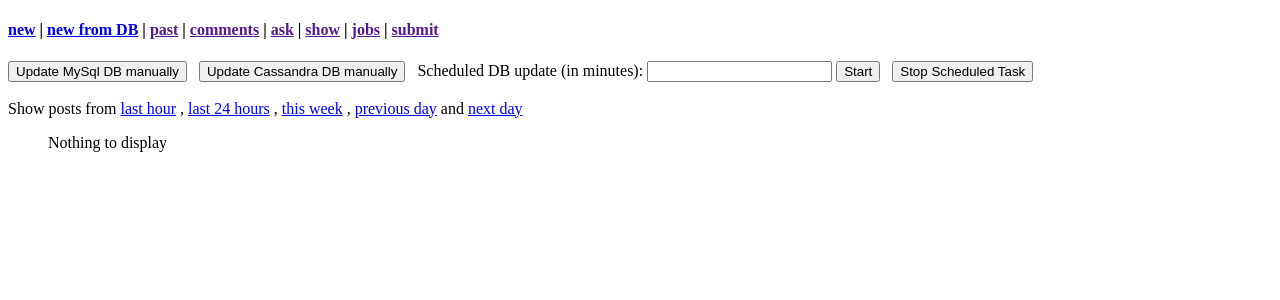
Repository: akshatmaheshwar/HackerNews-Clone
Page: http://localhost/HackerNews/dbnewest
These files come from the project's save history. The page is drawn as it stood at one moment and after the next save; the edit follows.
The browser window is 1280 px wide. The pictures show the whole page.
The page is served by Tomcat 10. Other server files are loaded and not shown. Queries for data that is not in the repository find no rows.

Above is the page before, as saved 2023-10-16 06:49:15.

### HackerNews/src/main/webapp/newest.jsp
<%@ page language="java" contentType="text/html; charset=ISO-8859-1"
    pageEncoding="ISO-8859-1"%>
    <%@ page import="java.util.ArrayList" %>
    <%@ page import="java.util.Iterator" %>
    <%@ page import="java.net.URI" %>
    <%@ page import="java.util.Calendar"%>
    <%@ page import="com.example.newest.Posts" %>
<!DOCTYPE html>
<html>
<head>
<meta charset="ISO-8859-1">
<title>Hacker News</title>
</head>
<body>
<%!
String timeDiff(Long timeStamp){
	long epoch = System.currentTimeMillis()/1000;
	long difference = epoch - timeStamp;
	if(difference/86400>0)return (difference/86400) + " days ago";
	if(difference/3600>0) return (difference/3600) + " hours ago";
	if (difference/60>0) return (difference/60) + " minutes ago";
	return (difference) + " seconds ago";
}
String getDomainName(String url){
	URI uri;
	try{
		uri = new URI(url);
		String host = uri.getHost();
		String domainName = host.startsWith("www.") ? host.substring(4) : host;
		return "(" + domainName + ")";
	}catch(Exception e){
		System.out.println(e);
	}
	return "";
}
long getTimeStampLastHour(){
	Calendar c = Calendar.getInstance();
	c.setTimeInMillis(System.currentTimeMillis());
	c.add(Calendar.HOUR_OF_DAY,-1);
	return c.getTimeInMillis()/1000;
}
long getTimeStampLast24Hour(){
	Calendar c = Calendar.getInstance();
	c.setTimeInMillis(System.currentTimeMillis());
	c.add(Calendar.DAY_OF_MONTH,-1);
	return c.getTimeInMillis()/1000;
}
long getTimeStampThisWeek(){
	Calendar c = Calendar.getInstance();
	c.setTimeInMillis(System.currentTimeMillis());
    int daysUntilSunday = Calendar.SUNDAY - c.get(Calendar.DAY_OF_WEEK);
    daysUntilSunday = daysUntilSunday>0? daysUntilSunday - 7:daysUntilSunday;
    c.add(Calendar.DAY_OF_MONTH, daysUntilSunday);
    c.set(Calendar.HOUR_OF_DAY, 0);
    c.set(Calendar.MINUTE, 0);
    c.set(Calendar.SECOND, 0);
    c.set(Calendar.MILLISECOND, 0);
	return c.getTimeInMillis()/1000;
}
long getMidNight(int n){
	Calendar c = Calendar.getInstance();
	c.setTimeInMillis(System.currentTimeMillis());
	c.add(Calendar.DAY_OF_MONTH, n);
    c.set(Calendar.HOUR_OF_DAY, 0);
    c.set(Calendar.MINUTE, 0);
    c.set(Calendar.SECOND, 0);
    c.set(Calendar.MILLISECOND, 0);
	return c.getTimeInMillis()/1000;
}
%>
<h4> <a href ="newest">new</a>&nbsp;|&nbsp;<a href ="dbnewest">new from DB</a>&nbsp;|&nbsp;<a href ="">past</a>&nbsp;|&nbsp;<a href ="">comments</a>&nbsp;|&nbsp;<a href ="">ask</a>&nbsp;|&nbsp;<a href ="">show</a>&nbsp;|&nbsp;<a href ="">jobs</a>&nbsp;|&nbsp;<a href ="">submit</a></h4>
<% int startNo = 1;
int dateNav = 0;
if(request.getAttribute("pagination")!=null)startNo = (int)request.getAttribute("pagination")-29;
if(request.getAttribute("datenav")!=null)dateNav = (int)request.getAttribute("datenav");%>
	<div style="display: flex;">
	<form action="dbnewest" method="post"><input type="submit" value="Update MySql DB manually"></form> &nbsp; &nbsp;
	<form action="casdbnewest" method="post"><input type="submit" value="Update Cassandra DB manually"></form> &nbsp; &nbsp;
	<form action="scheduledservlet" method="post">
        Scheduled DB update (in minutes): <input type="text" name="intervalMinutes" required>
        <input type="submit" value="Start">
    </form> &nbsp; &nbsp;
    <form action="stopscheduledservlet" method="post"><input type="submit" value="Stop Scheduled Task"></form></div>

    <br>
    <div>Show posts from <a href = "dbnewest?fromtime=<%=getTimeStampLastHour()%>">last hour</a> , <a href = "dbnewest?fromtime=<%=getTimeStampLast24Hour()%>">last 24 hours</a> , <a href = "dbnewest?fromtime=<%=getTimeStampThisWeek()%>">this week</a> , <a href = "dbnewest?fromtime=<%=getMidNight(dateNav-1)%>&totime=<%=getMidNight(dateNav)%>&datenav=<%=dateNav-1%>">previous day</a> and <a href = "dbnewest?fromtime=<%=getMidNight(dateNav+1)%>&totime=<%=getMidNight(dateNav+2)%>&datenav=<%=dateNav+1%>">next day</a></div>
<ol start = <%=startNo%>>
     <%
    ArrayList<Posts> postList = (ArrayList<Posts>)request.getAttribute("postList");

    if (postList != null&&!postList.isEmpty()) {
        Iterator<Posts> iterator = postList.iterator();
        while (iterator.hasNext()) {
            Posts item = iterator.next();
%>
            <li><span><a href ="<%=item.getUrl()%>"><%= item.getTitle() %></a> <%= getDomainName(item.getUrl())%> </span>
            <p><%=item.getScore()%> point &nbsp; Posted by <%=item.getBy() %> &nbsp; <%= timeDiff(item.getTime()) %><%if(item.getKids()!=null&&item.getKids().size()>0){%> &nbsp; <a href = "postcomments?postId=<%=item.getId()%>"> <%=item.getKids().size()%> comments</a><%}%></p></li>
<%
        }
    }else{%>
    <p>Nothing to display</p>
    <%
    }%>
</ol>
<%if(request.getAttribute("pagination")!=null&&postList!=null&&!postList.isEmpty()){%> <a href = "dbnewest?<%if(request.getAttribute("fromtime")!=null){%>fromtime=<%=request.getAttribute("fromtime")%>&<%}%><%if(request.getAttribute("totime")!=null){%>totime=<%=request.getAttribute("totime")%>&<%}%><%if(dateNav!=0){%>datenav=<%=dateNav%>&<%}%>pagination=${pagination}"> More</a><%} %>
</body>
</html>

### HackerNews/src/main/java/com/example/newest/DBNewestServlet.java
package com.example.newest;

import jakarta.servlet.ServletException;
import jakarta.servlet.annotation.WebServlet;
import jakarta.servlet.http.HttpServlet;
import jakarta.servlet.http.HttpServletRequest;
import jakarta.servlet.http.HttpServletResponse;
import java.io.IOException;
import java.math.BigDecimal;
import java.net.URL;
import java.sql.Connection;
import java.sql.DriverManager;
import java.sql.PreparedStatement;
import java.sql.ResultSet;
import java.sql.SQLException;
import java.sql.Statement;
import java.sql.Timestamp;
import java.time.Instant;
import java.util.ArrayList;
import java.util.List;
import java.util.Scanner;

import javax.net.ssl.HttpsURLConnection;

import com.fasterxml.jackson.databind.ObjectMapper;
@WebServlet("/dbnewest")
public class DBNewestServlet extends HttpServlet {
	private static final long serialVersionUID = 1L;

    public DBNewestServlet() {
        super();
    }
	protected void doGet(HttpServletRequest request, HttpServletResponse response) throws ServletException, IOException {
		int pagination = 0;
		long fromTime = 0;
		long toTime = System.currentTimeMillis()/1000;
		int dateNav = 0;
		if(request.getParameter("pagination")!=null)pagination = Integer.parseInt(request.getParameter("pagination"));
		if(request.getParameter("fromtime")!=null) {
			fromTime = Long.parseLong(request.getParameter("fromtime"));
			request.setAttribute("fromtime", fromTime);
		}
		if(request.getParameter("totime")!=null) {
			toTime = Long.parseLong(request.getParameter("totime"));
			request.setAttribute("totime", toTime);
		}
		if(request.getParameter("datenav")!=null)dateNav = Integer.parseInt(request.getParameter("datenav"));
	    try {
			Class.forName("com.mysql.cj.jdbc.Driver");
		} catch (ClassNotFoundException e) {
			e.printStackTrace();
		}
	    try(Connection con = DriverManager.getConnection("jdbc:mysql://localhost:3306/HackerNews","root","root")){
	    	Statement st = con.createStatement();
	    	ResultSet rs = st.executeQuery("SELECT * FROM HackerNewsPost WHERE time BETWEEN "+fromTime+" AND "+toTime+" ORDER BY time DESC LIMIT 30 OFFSET " + pagination );
	    	List<Posts> postList = new ArrayList<Posts>();
	    	while(rs.next()) {
	    		Posts post = new Posts();
	    		List<Integer> kidsId = new ArrayList<>();

	            try (Statement st1 = con.createStatement();
	                 ResultSet rs1 = st1.executeQuery("SELECT id FROM HackerNewsComments WHERE parent_id = " + rs.getInt("id"))) {

	                while (rs1.next()) {
	                    kidsId.add(rs1.getInt("id"));
	                }
	            }
	    		post.setKids(kidsId);
	    		post.setId(rs.getInt("id"));
	    		post.setBy(rs.getString("posted_by"));
	    		post.setDescendants(rs.getInt("descendants"));
	    		post.setScore(rs.getInt("score"));
	    		post.setText(rs.getString("text"));
	    		post.setTime(rs.getLong("time"));
	    		post.setTitle(rs.getString("title"));
	    		post.setType(rs.getString("type"));
	    		post.setUrl(rs.getString("url"));
	    		postList.add(post);
	    	}
	    	request.setAttribute("postList", postList);
	    }catch(Exception e) {e.printStackTrace();}
	    request.setAttribute("pagination", pagination+30);
	    request.setAttribute("datenav", dateNav);
        request.getRequestDispatcher("/newest.jsp").forward(request, response);

	}

	protected void doPost(HttpServletRequest request, HttpServletResponse response) throws ServletException, IOException {

		URL urlObj = new URL("https://hacker-news.firebaseio.com/v0/newstories.json?print=pretty");
		HttpsURLConnection connection = (HttpsURLConnection) urlObj.openConnection();
		connection.setRequestMethod("GET");
		int responseCode = connection.getResponseCode();

		if(responseCode == HttpsURLConnection.HTTP_OK) {
			StringBuilder sb = new StringBuilder();
			Scanner sc = new Scanner(connection.getInputStream());

			while(sc.hasNext())sb.append(sc.nextLine());
			sc.close();

			ObjectMapper om = new ObjectMapper();
			@SuppressWarnings("unchecked")
			List<Integer> jsonArr = om.readValue(sb.toString(),List.class);
			List<Posts> postList = new ArrayList<Posts>();

			for(int i=0;i<30;i++) {
				URL urlObj1 = new URL("https://hacker-news.firebaseio.com/v0/item/"+jsonArr.get(i)+".json?print=pretty");
				HttpsURLConnection connection1 = (HttpsURLConnection) urlObj1.openConnection();
				connection1.setRequestMethod("GET");
				int responseCode1 = connection1.getResponseCode();

				if(responseCode1 == HttpsURLConnection.HTTP_OK) {
					StringBuilder sb1 = new StringBuilder();
					Scanner sc1 = new Scanner(connection1.getInputStream());

					while(sc1.hasNext())sb1.append(sc1.nextLine());
					sc1.close();

					ObjectMapper om1 = new ObjectMapper();
					try{
						Posts post = om1.readValue(sb1.toString(),Posts.class);
						postList.add(post);
					}catch(Exception e) {
						System.out.println(e);
					}
				}
			}
			try {
			    Class.forName("com.mysql.cj.jdbc.Driver");
			} catch (ClassNotFoundException e) {
			    e.printStackTrace();
			}
			try(Connection con = DriverManager.getConnection("jdbc:mysql://localhost:3306/HackerNews","root","root")){
				try(PreparedStatement pst = con.prepareStatement("INSERT IGNORE INTO HackerNewsPost(id,posted_by,descendants,score,text,time,title,type,url) values(?,?,?,?,?,?,?,?,?)")){
					for(Posts post : postList) {
						pst.setInt(1, post.getId());
						pst.setString(2, post.getBy());
						pst.setInt(3, post.getDescendants());
						pst.setInt(4, post.getScore());
						pst.setString(5, post.getText());
						pst.setBigDecimal(6, new BigDecimal(post.getTime()));
						pst.setString(7,post.getTitle());
						pst.setString(8, post.getType());
						pst.setString(9,post.getUrl());
						pst.executeUpdate();
					}
					System.out.println("Updated DB successfully!");
				}catch(Exception e) {e.printStackTrace();}
			}catch(Exception e) {e.printStackTrace();}
			request.setAttribute("postList", postList);
			request.getRequestDispatcher("/comments").forward(request, response);
//			response.sendRedirect("dbnewest");
		}
	}

}

After the next save:
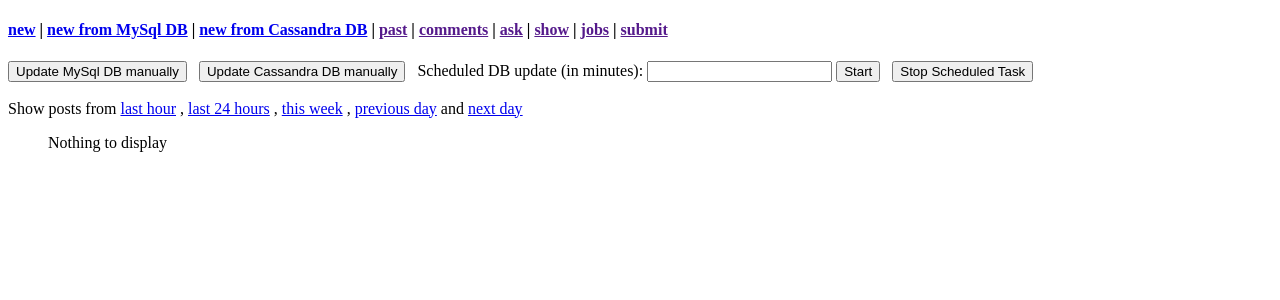
Saved 102 s later.
--- a/HackerNews/src/main/webapp/newest.jsp
+++ b/HackerNews/src/main/webapp/newest.jsp
@@ -68,7 +68,7 @@ long getMidNight(int n){
 	return c.getTimeInMillis()/1000;
 }
 %>
-<h4> <a href ="newest">new</a>&nbsp;|&nbsp;<a href ="dbnewest">new from DB</a>&nbsp;|&nbsp;<a href ="">past</a>&nbsp;|&nbsp;<a href ="">comments</a>&nbsp;|&nbsp;<a href ="">ask</a>&nbsp;|&nbsp;<a href ="">show</a>&nbsp;|&nbsp;<a href ="">jobs</a>&nbsp;|&nbsp;<a href ="">submit</a></h4>
+<h4> <a href ="newest">new</a>&nbsp;|&nbsp;<a href ="dbnewest">new from MySql DB</a>&nbsp;|&nbsp;<a href ="casdbnewest">new from Cassandra DB</a>&nbsp;|&nbsp;<a href ="">past</a>&nbsp;|&nbsp;<a href ="">comments</a>&nbsp;|&nbsp;<a href ="">ask</a>&nbsp;|&nbsp;<a href ="">show</a>&nbsp;|&nbsp;<a href ="">jobs</a>&nbsp;|&nbsp;<a href ="">submit</a></h4>
 <% int startNo = 1;
 int dateNav = 0;
 if(request.getAttribute("pagination")!=null)startNo = (int)request.getAttribute("pagination")-29;
